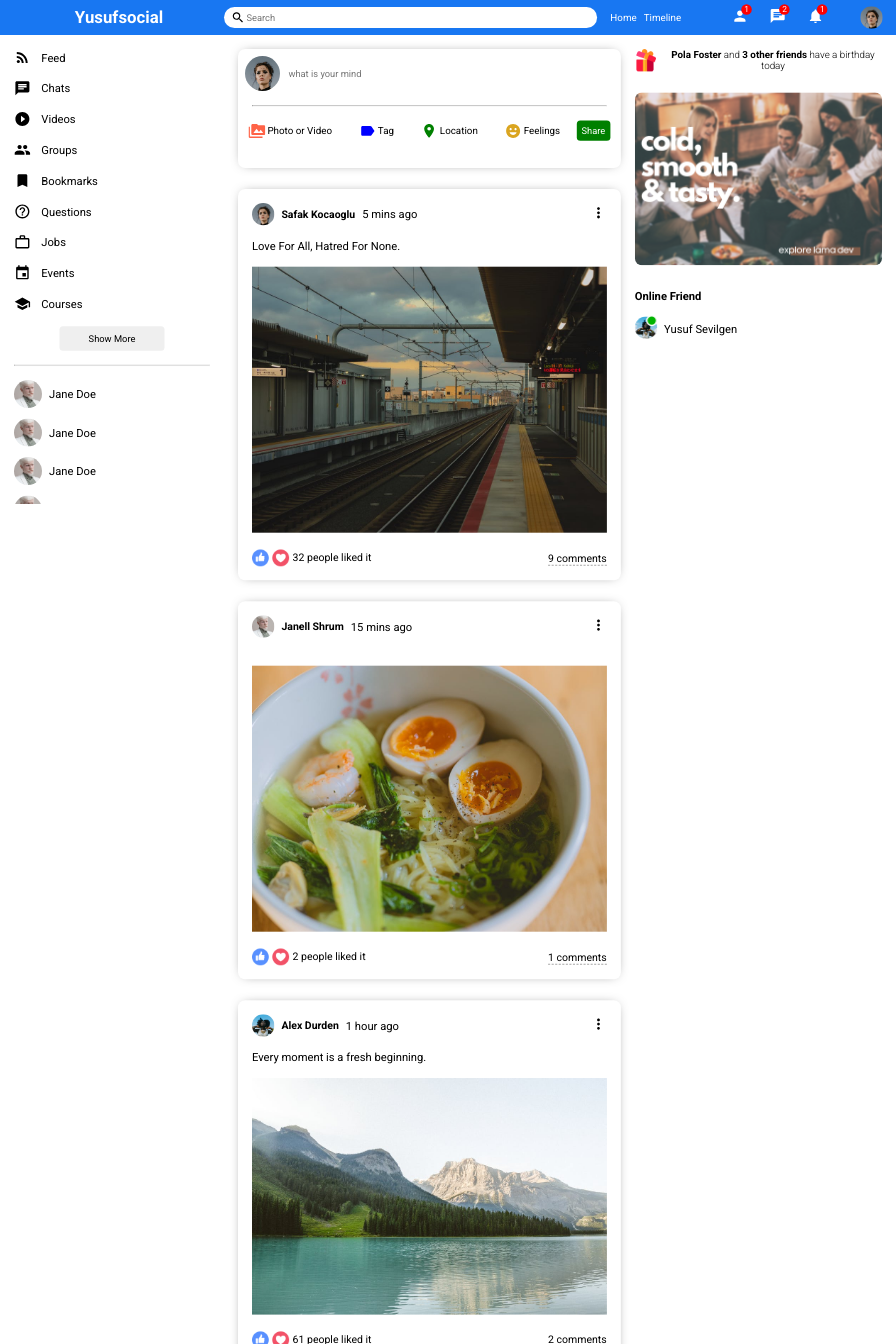
Repository: sevilgenysf/socialmediaapp
Page: /
An editor plug-in stored every save of this project. The page is shown before and after the next save, followed by the edit.
The browser window is 1280 px wide. The pictures show the part of the page from y = 0 to 1920 px (the page is 5830 px tall), at 70% of full size.
The project was rebuilt for these pictures with package versions that can differ from the ones it lists, and the page was loaded fresh each time.

Above is the page before, as saved 2022-02-17 13:23:20.

After the next save:
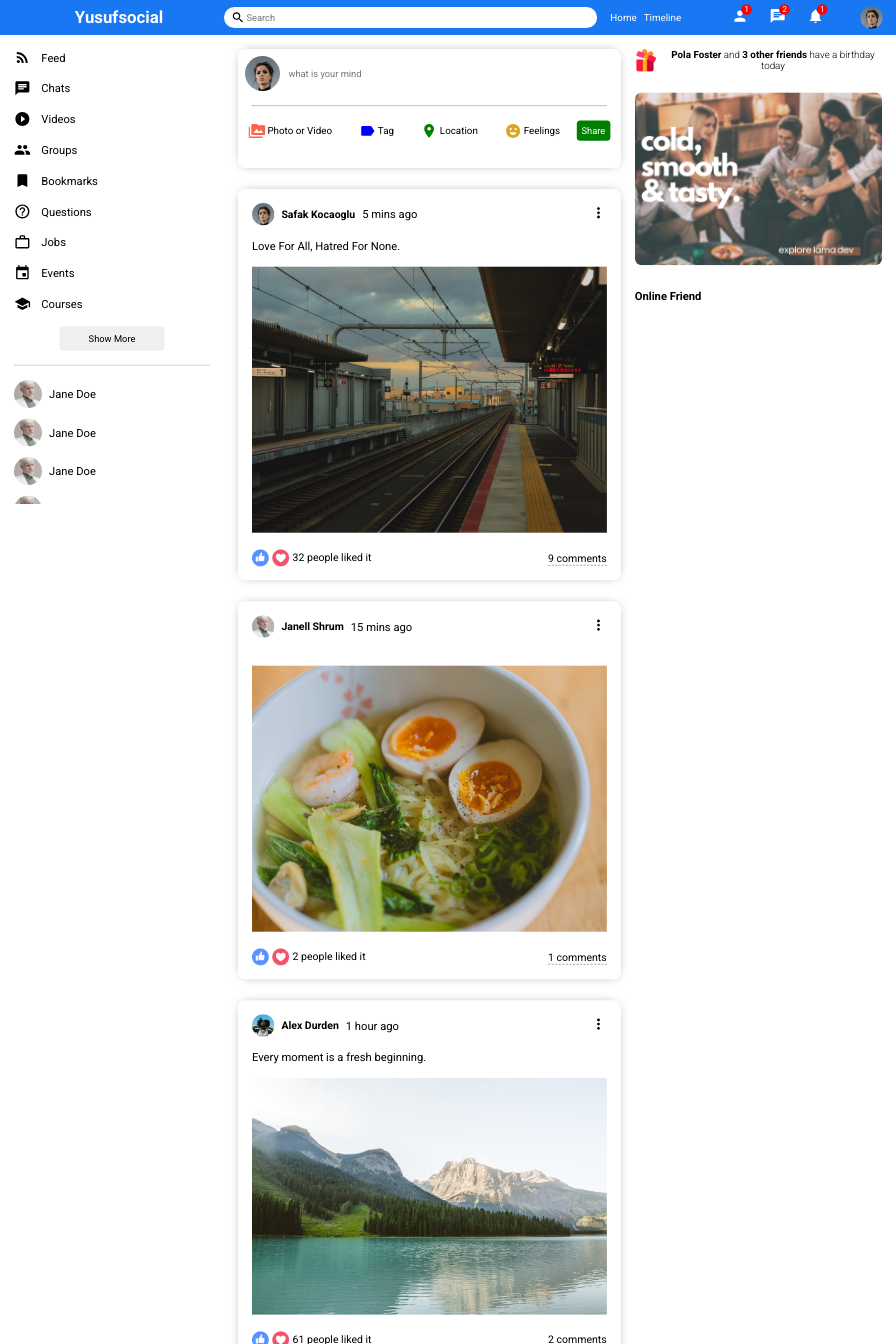
Saved 41 s later.
--- a/src/components/rightbar/Rightbar.jsx
+++ b/src/components/rightbar/Rightbar.jsx
@@ -14,19 +14,7 @@ const Rightbar = () => {
 				</div>
 				<img className="rightbarAd" src="assets/ad.png" alt="" />
 				<h4 className="rightbarTitle">Online Friend</h4>
-				<ul className="rightbarFriendList">
-					<li className="rightbarFriend">
-						<div className="rightbarProfileImgContainer">
-							<img
-								className="rightbarProfileImg"
-								src="assets/person/3.jpeg"
-								alt=""
-							/>
-							<span className="rightbarOnline"></span>
-						</div>
-						<span className="rightbarUsername">Yusuf Sevilgen</span>
-					</li>
-				</ul>
+				<ul className="rightbarFriendList"></ul>
 			</div>
 		</div>
 	);
